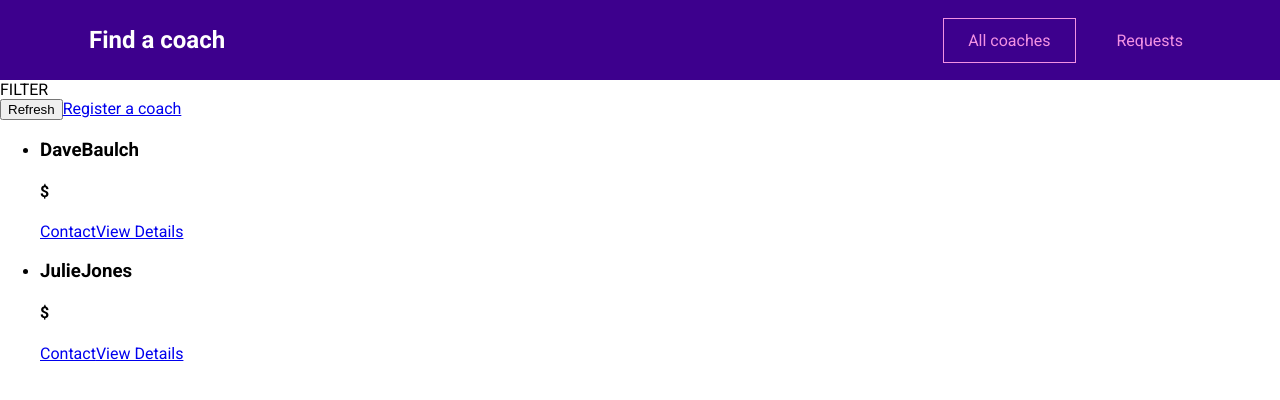
Repository: DaveBaulch/vue-course-find-a-coach
Page: /
These files come from the project's save history. The page is drawn as it stood at one moment and after a run of saves; the edit follows.
The browser window is 1280 px wide. The pictures show the whole page.
The project was rebuilt for these pictures with package versions that can differ from the ones it lists, and the page was loaded fresh each time. Also part of the build but not shown: src/pages/coaches/CoachDetail.vue, src/pages/coaches/CoachRegistration.vue, src/pages/requests/ContactCoach.vue, src/pages/requests/RequestsReceived.vue. Imported but missing from the stored project, and not drawn on this page: src/pages/NotFound.vue.

Above is the page before, as saved 2021-01-23 14:41:58.

### src/App.vue
<template>
  <div id="app">
    <the-header />
    <router-view/>
  </div>
</template>

<script>
  import TheHeader from './components/layout/TheHeader.vue'

  export default {
    components: {
      TheHeader
    }
  }
</script>



<style>
@import url("https://fonts.googleapis.com/css2?family=Roboto:wght@400;700&display=swap");

* {
  box-sizing: border-box;
}

html {
  font-family: "Roboto", sans-serif;
}

body {
  margin: 0;
}

</style>

### src/router/index.js
import Vue from 'vue'
import VueRouter from 'vue-router'
import CoachDetail from '../pages/coaches/CoachDetail.vue';
import CoachesList from '../pages/coaches/CoachesList.vue';
import CoachRegistation from '../pages/coaches/CoachRegistration.vue';
import ContactCoach from '../pages/requests/ContactCoach.vue';
import RequestsReceived from '../pages/requests/RequestsReceived.vue';
import NotFound from '../pages/NotFound.vue'

Vue.use(VueRouter)

const routes = [
  {
    path: '/', redirect: '/coaches'
  },
  {
    path: '/coaches', component: CoachesList
  },
  {
    path: '/coaches/:id',
    component: CoachDetail,
    children: [
      { path: 'contact', component: ContactCoach } // /coaches/c1/contact
    ]
  },
  { path: '/register', component: CoachRegistation },
  { path: '/requests', component: RequestsReceived },
  { path: '/:notFound(.*)', component: NotFound }
]

const router = new VueRouter({
  mode: 'history',
  base: process.env.BASE_URL,
  routes
})

export default router

### src/store/index.js
import Vue from 'vue'
import Vuex from 'vuex'
import coachesModule from './modules/coaches/index.js'

Vue.use(Vuex)

const store = new Vuex.Store({
  modules: {
    coaches: coachesModule
  }
})

export default store;

### src/components/layout/TheHeader.vue
<template>
<header>
  <nav>
    <h1><router-link to="/">Find a coach</router-link></h1>
    <ul>
      <li><router-link to="/coaches">All coaches</router-link></li>
      <li><router-link to="/requests">Requests</router-link></li>
    </ul>
  </nav>
</header>
</template>

<script>
export default {
}
</script>

<!-- Add "scoped" attribute to limit CSS to this component only -->
<style scoped>
header {
  width: 100%;
  height: 5rem;
  background-color: #3d008d;
  display: flex;
  justify-content: center;
  align-items: center;
}

header a {
  text-decoration: none;
  color: #f391e3;
  display: inline-block;
  padding: 0.75rem 1.5rem;
  border: 1px solid transparent;
}

a:active,
a:hover,
a.router-link-active {
  border: 1px solid #f391e3;
}

h1 {
  margin: 0;
}

h1 a {
  color: white;
  margin: 0;
}

h1 a:hover,
h1 a:active,
h1 a.router-link-active {
  border-color: transparent;
}

header nav {
  width: 90%;
  margin: auto;
  display: flex;
  justify-content: space-between;
  align-items: center;
}

header ul {
  list-style: none;
  margin: 0;
  padding: 0;
  display: flex;
  justify-content: center;
  align-items: center;
}

li {
  margin: 0 0.5rem;
}
</style>

### src/pages/coaches/CoachesList.vue
<template>
<div>
  <section>
    FILTER
  </section>
  <section>
    <div class="controls">
      <button>Refresh</button>
      <router-link to="/register">Register a coach</router-link>
    </div>
    <ul v-if="hasCoaches">
      <coach-item
      v-for="coach in filteredCoaches"
      :key="coach.id"
      :id="coach.id"
      :first-name="coach.firstName"
      :last-name="coach.lastName"

      ></coach-item>
    </ul>
    <h3 v-else>No coaches found</h3>
  </section>
  </div>
</template>

<script>
  import  CoachItem from '../../components/coaches/CoachItem.vue'

  export default {
    components: {
      CoachItem
    },
    computed: {
      filteredCoaches() {
        return this.$store.getters['coaches/coaches'];
      },
      hasCoaches() {
        return this.$store.getters['coaches/hasCoaches'];
      }
    }
  }
</script>

### src/store/modules/coaches/index.js
import mutations from './mutations.js'
import actions from './actions.js'
import getters from './getters.js'

export default {
  namespaced: true,
  state() {
    return {
      coaches: [
        {
          id: 'c1',
          firstName: 'Dave',
          lastName: 'Baulch',
          areas: ['frontend', 'backend', 'career'],
          description:
            "I'm dave and I've worked as a freelance web developer for years. Let me help you become a developer as well!",
          hourlyRate: 30
        },
        {
          id: 'c2',
          firstName: 'Julie',
          lastName: 'Jones',
          areas: ['frontend', 'career'],
          description:
            'I am Julie and as a senior developer in a big tech company, I can help you get your first job or progress in your current role.',
          hourlyRate: 30
        }
      ]
    }
  },
  mutations,
  actions,
  getters
}

### src/components/coaches/CoachItem.vue
<template>
  <li>
    <h3>{{ fullName }}</h3>
    <h4>${{ rate }}</h4>
    <div>
      <span v-for="area in areas" :key="area">
        {{ area }}
      </span>
    </div>
    <div class="actions">
      <router-link :to="coachContactLink">Contact</router-link>
      <router-link :to="coachDetailsLink">View Details</router-link>
    </div>
  </li>
</template>

<script>
  export default {
    props: ['id', 'firstName', 'lastName', 'rate', 'area'],
    computed: {
      fullName() {
        return this.firstName + '' + this.lastName
      },
      coachContactLink() {
        return this.$route.path + '/' + this.id + /contact/
      },
      coachDetailsLink() {
        return this.$route.path + '/' + this.id // current route path /coaches/c1
      }
    }
  }
</script>

<style scoped>
  ul {
    list-style: none;
    margin: 0;
    padding: 0;
  }

  .controls {
    display: flex;
    justify-content: space-between;
  }
</style>

### src/store/modules/coaches/getters.js
export default {
  coaches(state) {
    return state.coaches;
  },
  hasCoaches(state) {
    return state.coaches && state.coaches.length > 0;
  }
}

Loaded but not shown: public/index.html (common file); src/main.js (common file); src/store/modules/coaches/mutations.js (common file); src/store/modules/coaches/actions.js (common file)

After the next 4 saves:
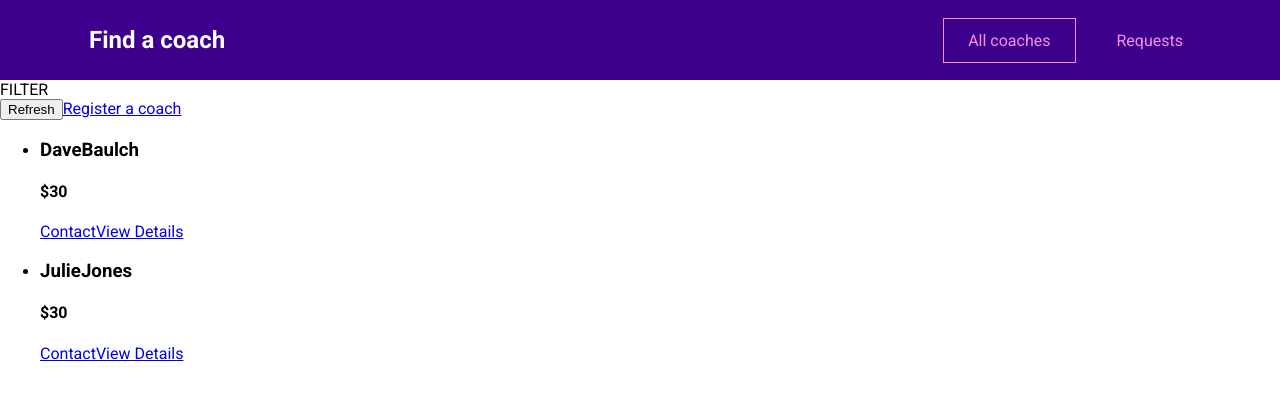
The 4 saves are shown as one change because they came seconds apart.
The last was saved 14 s later.
--- a/src/pages/coaches/CoachesList.vue
+++ b/src/pages/coaches/CoachesList.vue
@@ -15,7 +15,7 @@
       :id="coach.id"
       :first-name="coach.firstName"
       :last-name="coach.lastName"
-
+      :rate="coach.hourlyRate"
       ></coach-item>
     </ul>
     <h3 v-else>No coaches found</h3>
